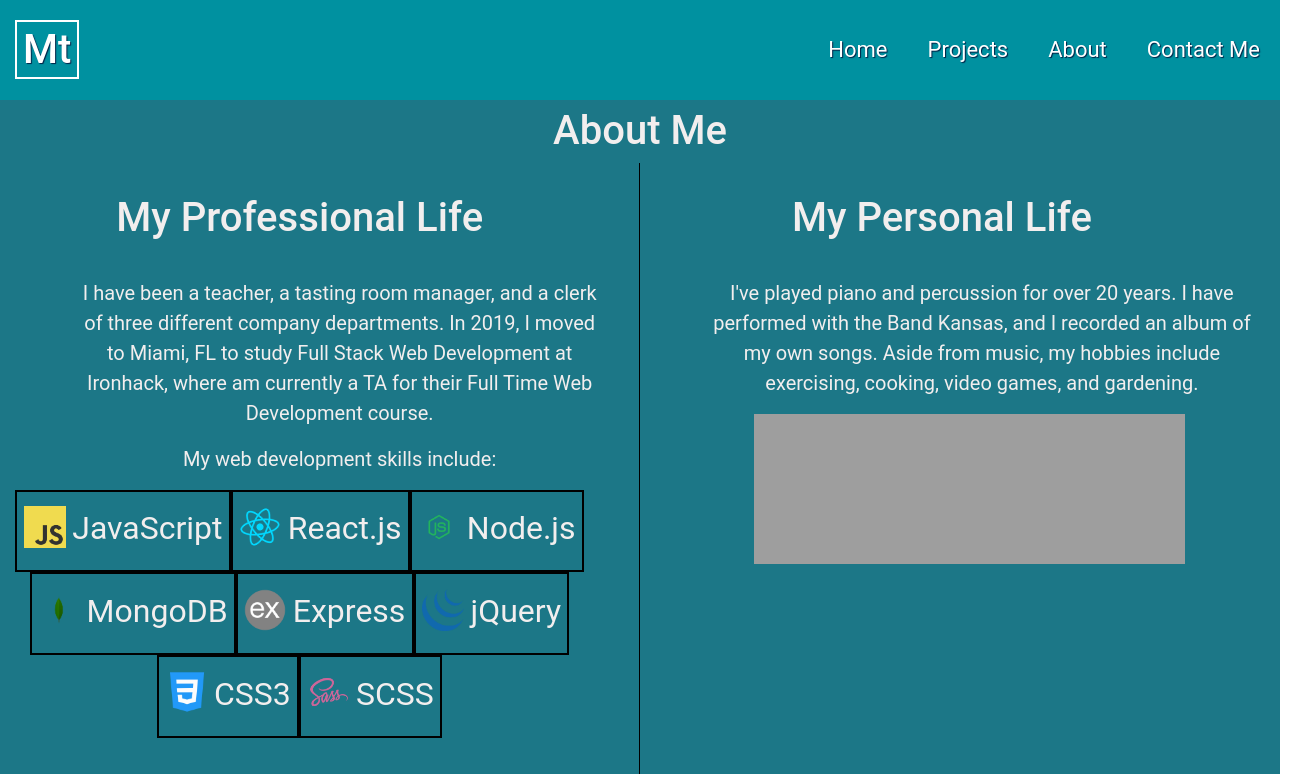
Repository: MikeTroianello/troianello
Page: /about
These files come from the project's save history. The page is drawn as it stood at one moment and after the next save; the edit follows.
The browser window is 1280 px wide. The page is 1295 px wide, so the pictures cover 1295 px, including what lies to the right of the window. The pictures show the whole page.
Pictures or frames that could not be fetched are drawn as grey boxes. The project was rebuilt for these pictures with package versions that can differ from the ones it lists, and the page was loaded fresh each time. Also part of the build but not shown: src/components/context-sensitive/Greet.js, src/components/locations/Home.js, src/components/cards/RainbowDay.js, src/components/cards/CanvasBubbles.js, src/components/cards/projectCard.css, src/components/cards/projectCardMobile.css, src/components/cards/ProjectCard.js, src/components/locations/Projects.js and 2 more.

Above is the page before, as saved 2019-08-01 14:41:03.

### public/index.html
<!DOCTYPE html>
<html lang="en">
  <head>
    <meta charset="utf-8" />
    <link rel="shortcut icon" href="%PUBLIC_URL%/favicon.ico" />
    <meta name="viewport" content="width=device-width, initial-scale=1" />
    <meta name="theme-color" content="#000000" />
    <!--
      manifest.json provides metadata used when your web app is installed on a
      user's mobile device or desktop. See https://developers.google.com/web/fundamentals/web-app-manifest/
    -->
    <link rel="manifest" href="%PUBLIC_URL%/manifest.json" />
    <!--
      Notice the use of %PUBLIC_URL% in the tags above.
      It will be replaced with the URL of the `public` folder during the build.
      Only files inside the `public` folder can be referenced from the HTML.

      Unlike "/favicon.ico" or "favicon.ico", "%PUBLIC_URL%/favicon.ico" will
      work correctly both with client-side routing and a non-root public URL.
      Learn how to configure a non-root public URL by running `npm run build`.
    -->
    <title>MIKE TROIANELLO</title>
  </head>
  <body>
    <noscript>You need to enable JavaScript to run this app.</noscript>
    <div id="root"></div>
  </body>
</html>

### src/App.js
import React, { Component } from 'react';
import { BrowserRouter as Router, Route, Switch } from 'react-router-dom';
import Header from './components/Header';
import Home from './components/locations/Home';
import About from './components/locations/About';
import Projects from './components/locations/Projects';
import Contact from './components//locations/Contact';
import NotFound from './components/locations/NotFound';
import Greet from './components/context-sensitive/Greet.js';
import './App.css';

class App extends Component {
  // state = {
  //   header: '',
  //   hours: new Date().getHours()
  // };

  // componentDidMount() {
  //   window.addEventListener('scroll', this.handleScroll);
  // }

  // componentWillUnmount() {
  //   window.removeEventListener('scroll', this.handleScroll);
  // }

  // handleScroll = event => {
  //   let scrollTop = event.srcElement.body.scrollTop;
  //   console.log(window.scrollY);
  //   // if(window.scrollY > 200 && this.state.header) {
  //   if (window.scrollY < 88) {
  //     this.setState({ header: '' });
  //     console.log(this.state.header);
  //   }
  //   if (window.scrollY > 88 && window.scrollY < 502) {
  //     this.setState({ header: <Greet classname='header-greet' /> });
  //     console.log(this.state.header);
  //   }
  //   if (window.scrollY > 503 && window.scrollY < 1266) {
  //     this.setState({ header: 'My Projects' });
  //     console.log(this.state.header);
  //   }
  //   if (window.scrollY > 1267) {
  //     this.setState({ header: 'About Me' });
  //     console.log(this.state.header);
  //   }
  // };

  render() {
    return (
      <div className='App'>
        <Router>
          {/* <Header showHeader={this.state.header} /> */}
          <Header />
          <div>
            <Switch>
              <Route exact path='/' component={Home} />
              <Route exact path='/about' component={About} />
              <Route exact path='/projects' component={Projects} />
              <Route exact path='/contact' component={Contact} />
              <Route component={NotFound} />
            </Switch>
          </div>
        </Router>
      </div>
    );
  }
}

export default App;

### src/components/Header.js
import React, { Component } from 'react';
import { Link } from 'react-router-dom';
import Greet from '../components/context-sensitive/Greet.js';

export default class Header extends Component {
  render() {
    // let headerClass = this.props.showHeader ? 'header' : 'header transition';
    // if(this.props.showHeader == "time"){
    //   this.props.showHeader = <Greet/>
    // }
    /* <div className={headerClass}> */
    return (
      <div className='header'>
        <div className='links'>
          {/* <div className='logo'>
            <Link to='/'>Mt</Link>
          </div> */}
          <Link to='/' className='logo-2'>
            <h1 className='mt-logo'>Mt</h1>
          </Link>
          <div>{this.props.showHeader}</div>

          <div className='individual-link'>
            <Link to='/'>Home</Link>
          </div>
          <div className='individual-link'>
            <Link to='/projects'>Projects</Link>
          </div>
          <div className='individual-link'>
            <Link to='/about'>About</Link>
          </div>
          <div className='individual-link test'>
            <Link to='/contact'>Contact Me</Link>
          </div>
        </div>
      </div>
    );
  }
}

### src/components/locations/About.js
import React from 'react';
import jsLogo from '../images/pics/icons/javascript.png';
import reactLogo from '../images/pics/icons/react.png';
import nodeLogo from '../images/pics/icons/node.png';
import mongoLogo from '../images/pics/icons/mongoDB2.png';
import expressLogo from '../images/pics/icons/express2.png';
import jqueryLogo from '../images/pics/icons/jquery.png';
import cssLogo from '../images/pics/icons/css3.png';
import sassLogo from '../images/pics/icons/sass.png';
import sassAltLogo from '../images/pics/icons/sass-alt.png';

export default function About() {
  return (
    <div className='about'>
      <h1>About Me</h1>
      <div className='row'>
        <div className='col-6 about-side-one'>
          <h1 className='about-my-life'>My Professional Life</h1>
          <p>
            I have been a teacher, a tasting room manager, and a clerk of three
            different company departments. In 2019, I moved to Miami, FL to
            study Full Stack Web Development at Ironhack, where am currently a
            TA for their Full Time Web Development course.
          </p>
          <p>My web development skills include:</p>
          <div id='table-div'>
            {/* <table>
              <tr>
                <td>
                  <img
                    src={jsLogo}
                    height='42'
                    width='42'
                    alt='js-logo'
                    className='icons'
                  />
                  JavaScript
                </td>
                <td>
                  <img
                    src={reactLogo}
                    height='42'
                    width='42'
                    alt='react-logo'
                    className='icons react'
                  />
                  React.js
                </td>
                <td>
                  <img
                    src={nodeLogo}
                    height='42'
                    width='42'
                    alt='node-logo'
                    className='icons'
                  />
                  Node.js
                </td>
                <td>
                  <img
                    src={mongoLogo}
                    alt='mongodb-logo'
                    className='icons mongo'
                  />
                  MongoDB
                </td>
              </tr>
              <tr>
                <td className='express'>
                  <img
                    src={expressLogo}
                    height='42'
                    width='42'
                    alt='css3-logo'
                    className='icons'
                  />
                  Express
                </td>

                <td>
                  <img
                    src={jqueryLogo}
                    alt='jquery-logo'
                    height='42'
                    width='42'
                    className='icons'
                  />
                  jQuery
                </td>
                <td>
                  <img
                    src={cssLogo}
                    height='42'
                    width='42'
                    alt='css3-logo'
                    className='icons'
                  />
                  CSS3
                </td>
                <td>
                  <img
                    src={sassLogo}
                    height='42'
                    width='42'
                    alt='sass-logo'
                    className='icons'
                  />
                  SCSS
                </td>
              </tr>
            </table> */}

            <div className='about-skills-table'>
              <div className='about-skills-individual'>
                <img
                  src={jsLogo}
                  height='42'
                  width='42'
                  alt='js-logo'
                  className='icons'
                />
                <span className='about-skills-name'>JavaScript</span>
              </div>
              <div className='about-skills-individual'>
                <img
                  src={reactLogo}
                  height='42'
                  width='42'
                  alt='react-logo'
                  className='icons react'
                />
                <span className='about-skills-name'>React.js</span>
              </div>
              <div className='about-skills-individual'>
                <img
                  src={nodeLogo}
                  height='42'
                  width='42'
                  alt='react-logo'
                  className='icons'
                />
                <span className='about-skills-name'>Node.js</span>
              </div>
              <div className='about-skills-individual'>
                <img
                  src={mongoLogo}
                  height='42'
                  width='42'
                  alt='react-logo'
                  className='icons'
                />
                <span className='about-skills-name'>MongoDB</span>
              </div>
              <div className='about-skills-individual'>
                <img
                  src={expressLogo}
                  height='42'
                  width='42'
                  alt='react-logo'
                  className='icons'
                />
                <span className='about-skills-name'>Express</span>
              </div>
              <div className='about-skills-individual'>
                <img
                  src={jqueryLogo}
                  height='42'
                  width='42'
                  alt='react-logo'
                  className='icons'
                />
                <span className='about-skills-name'>jQuery</span>
              </div>
              <div className='about-skills-individual'>
                <img
                  src={cssLogo}
                  height='42'
                  width='42'
                  alt='react-logo'
                  className='icons'
                />
                <span className='about-skills-name'>CSS3</span>
              </div>
              <div className='about-skills-individual'>
                <img
                  src={sassLogo}
                  height='42'
                  width='42'
                  alt='react-logo'
                  className='icons'
                />
                <span className='about-skills-name'>SCSS</span>
              </div>
            </div>
          </div>
        </div>
        <div className='col-6 about-side-2'>
          <h1 className='about-my-life'>My Personal Life</h1>
          <p>
            I've played piano and percussion for over 20 years. I have performed
            with the Band Kansas, and I recorded an album of my own songs. Aside
            from music, my hobbies include exercising, cooking, video games, and
            gardening.
          </p>
          <iframe
            title='Larger-Pieces-of-the-Smaller-Picture'
            className='about-soundcloud-embed'
            width='69%'
            height='auto'
            scrolling='no'
            frameborder='no'
            allow='autoplay'
            src='https://w.soundcloud.com/player/?url=https%3A//api.soundcloud.com/playlists/629500755&color=%23ff5500&auto_play=false&hide_related=false&show_comments=true&show_user=true&show_reposts=false&show_teaser=true&visual=true'
          />
        </div>
      </div>
    </div>
  );
}

### src/App.css
:root {
  --off-black: #131313;
  --off-white: #f2eeee;
}

.App {
  font-family: 'roboto';
}
@import url('https://fonts.googleapis.com/css?family=Chivo&display=swap');
@import url('https://fonts.googleapis.com/css?family=Roboto&display=swap');
@import url('https://fonts.googleapis.com/css?family=Exo+2:800&display=swap');

.App-header {
  background-color: #282c34;
  min-height: 100vh;
  display: flex;
  flex-direction: column;
  /* align-items: center; */
  justify-content: center;
  font-size: calc(10px + 2vmin);
  /* color: white; */
}

/* .App-link {
  color: #61dafb;
} */

body {
  padding-top: 47px;
}

div {
  font-size: 20px;
}

p {
  margin-left: 4em;
  color: var(--off-black);
}

/* HEADER */

.header {
  background-color: #0091a0;
  /* background-color: #192e6c; */
  overflow: hidden;
  position: fixed;
  top: 0;
  width: 100%;
  height: 100px;
  z-index: 1;
  transition: all 0.5s;
}

.header.transition {
  transition: all 0.5s;
}

.header a {
  text-decoration: none;
  font-family: 'roboto';
  color: white;
  text-shadow: 1px 1px 1px #002145;
  font-size: 1.1em;
}

/* HOME PAGE */

/* .home-bg {
  height: 300vh;
} */

.link {
  margin-left: 15em;
}

.link a {
  color: var(--off-white);
  background-color: #0091a0;
  border-style: solid;
  border-color: #a2d7dc;
  border-width: 2px;
  font-size: 1.75em;
  padding: 0.5em;
  /* border-radius: 5px; */
}

.home-top {
  background-color: #0091a0;
  height: 65vh;
  width: 100%;
  transform: skewY(-5deg);
  margin-top: -5vh;
  padding: 0;
}

.home-top h1 {
  text-align: center;
  color: var(--off-white);
  font-size: 5em;
  padding-left: 0.6em;
  padding-top: 0.8em;
  margin-bottom: 0;
  padding-bottom: 0;
  transform: skewY(5deg);
  text-shadow: 1px 1px 1px #007783;
}

.home-top h2 {
  text-align: center;
  color: var(--off-white);
  padding-left: 0.6em;
  margin-bottom: 0;
  padding-bottom: 0;
  transform: skewY(5deg);
  text-shadow: 1px 1px 1px #007783;
}

.home-typewriter-setup {
  /* position: relative;
    width: 29em;
    margin: 0 auto;
    text-align: center;
    white-space: nowrap;
    overflow: hidden; */
  position: relative;
  width: 24em;
  margin: 10vh auto;
  border-right: 3px solid rgba(255, 255, 255, 0.75);
  font-size: 180%;
  text-align: center;
  white-space: nowrap;
  overflow: hidden;
}

.home-typewriter-animation {
  animation: typewriter 4s steps(65) 1s 1 normal both,
    blinkTextCursor 1000ms steps(40) infinite normal;
}

@keyframes typewriter {
  from {
    width: 0;
  }
  to {
    width: 29.5em;
  }
}
@keyframes blinkTextCursor {
  from {
    border-right-color: rgba(255, 255, 255, 0.75);
  }
  to {
    border-right-color: transparent;
  }
}

.home-fade1 {
  height: 2vh;
  width: 100%;
  background-color: #a2d7dc;
  transform: skewY(-5deg);
  margin-top: -1vh;
}

.home-fade2 {
  height: 1vh;
  width: 100%;
  background-color: #e1e3e5;
  /* margin-top: -1vh; */
}

.home-about {
  height: 105vh;
  background: url('./components/images/pics/album-pics/thumbnail-3.jpg')
    no-repeat;
  background-size: 100% auto;
  background-position: 0 -30vh;
  /* background-repeat: no-repeat; */
  /* background-color: #909a9f; */
}

.home-about h1 {
  color: var(--off-white);
  font-size: 4.25em;
  margin-left: 1.25em;
}

.home-projects {
  font-size: 2em;
  padding-top: 1em;
  height: 110vh;
}

.home-projects h1 {
  color: var(--off-black);
  font-size: 2em;
  text-align: center;
}

.home-album-text {
  mix-blend-mode: difference;

  /* mix-blend-mode: exclusion; */
}

.home-contact {
  height: 50vh;
}

.home-contact h1 {
  font-size: 4.5em;
  margin-left: 1em;
  color: var(--off-white);
}

/* ABOUT PAGE */

.about {
  /* background-color: #0091a0; */
  background-color: #1c7787;
  color: var(--off-white);
  /* height: 92.9vh; */
  /* height: 125vh; */
  /* overflow: hidden; */
  /* margin-top: 1em; */
  padding-top: 3em;
  text-align: center;
}

.about p {
  color: var(--off-white);
}

/* .about h4 {
  text-align: center;
} */

.about ul > li {
  list-style: none;
  font-size: 1em;
  /* text-align: center; */
}

/* PROJECTS PAGE */

.projects {
  background-color: #1c7787;
  color: var(--off-white);
  /* height: 104vh; */
  /* margin-top: -3em; */
  padding-top: 3em;
  overflow: hidden;
}

.project-box {
  display: flex;
  flex-wrap: wrap;
  justify-content: space-around;
  text-decoration: none;
  /* margin: 1vh 0; */
}

/* .project-box :hover {
  background: rgba(0, 0, 0, 1);
} */

.projects-title {
  text-align: center;
}

.projects-technologies {
  padding: 10vh 0 0 1.33vw;
  background-color: #1c7787;
  border-right: 1.5px solid black;
}

/* CONTACT PAGE */

.contact-page {
  background-color: #1c7787;
  color: var(--off-white);
  height: 101.8vh;
  overflow: hidden;
  margin-top: -3em;
  padding-top: 3em;
}

.contact-page h1 {
  margin: 8vh;
}

/* .contact-side-one {
} */

.contact-side-one-box {
  border: 2px solid #113f5e;
  background-color: rgba(137, 215, 229, 0.7);
  text-align: center;
  margin-left: 1vw;
  padding-bottom: 5px;
}

.contact-number {
  color: var(--off-black);
}

.contact-center {
  text-align: center;
  margin-bottom: 4vh;
}

.contact-center-one {
  text-align: center;
  margin-bottom: 4vh;
  margin-left: 1vw;
}

.contact-center-two {
  text-align: center;
  margin-bottom: 4vh;
}

.or {
  margin-top: -15vh;
  display: flex;
  justify-content: center;
  align-items: center;
  font-size: 3.8em;
  color: var(--off-white);
}

/* .contact-side-two{
  display: flex;
} */

.contact-message {
  flex-direction: column;
  /* align-items:center; */
  display: flex;
}

.contact-message-input {
  width: 90%;
}

.contact-button {
  width: 30%;
  border: 1px solid gray;
  border-radius: 10px;
  color: var(--off-black);
  background: var(--off-white);
  margin-left: 32%;
}

/* COLOR SCHEME REMAINING CLASSES DON'T DELETE YET!!!! */

/* .container-fluid {
  height: 500px;
} */

/* .row {
  height: 500px;
} */

.links {
  display: flex;
  justify-content: flex-end;
  align-items: center;
}

.individual-link {
  margin: 0 1em;
}

/* logo */

.logo {
  color: white;
  padding: 1px 6px;
  font-size: 1.35em;
  font-weight: bold;
  border-style: solid;
  border-color: White;
  border-width: 2px;
  margin: 20px auto 20px 15px;
}

.logo-2 {
  color: white;
  padding: 1px 6px 0;
  font-weight: bold;
  border-style: solid;
  border-color: White;
  border-width: 2px;
  margin: 20px auto 20px 15px;
}

.mt-logo {
  margin: 3px 0;
}

.react {
  animation-name: spin;
  animation-duration: 35s;
  animation-iteration-count: infinite;
  animation-timing-function: linear;
}

@keyframes spin {
  from {
    transform: rotate(0deg);
  }
  to {
    transform: rotate(360deg);
  }
}

table,
th,
td {
  border: 2px solid black;
}

td {
  font-size: 2em;
}

/* SKILLS TABLE */

#table-div {
  display: flex;
  justify-content: center;
}

.about-skills-table {
  display: flex;
  flex-wrap: wrap;
  justify-content: center;
}

.about-skills-individual {
  border: 2px solid black;
  font-size: 1.6em;
}

.about-skills-name {
  margin-right: 0.5vw;
}

/* ICONS */

.icons {
  margin: 2vh 0.5vw 3.1vh;
}

.mongo {
  height: 63px;
  width: 79px;
  margin: -12px -23px -3px;
  padding: 0;
}

/* ABOUT PAGE */

.about-side-one {
  padding-right: 3.1vw;
  padding-bottom: 5vh;
  border-right: 1px solid black;
  /* height: 75vh; */
}

.about-side-2 {
  margin-left: -2vw;
}

.about-my-life {
  margin: 4.25vh 0 5vh;
}

.about-soundcloud-embed {
  margin-left: 4.3vw;
}

Loaded but not shown: src/index.js (common file); src/index.css (common file); src/serviceWorker.js (common file)

After the next save:
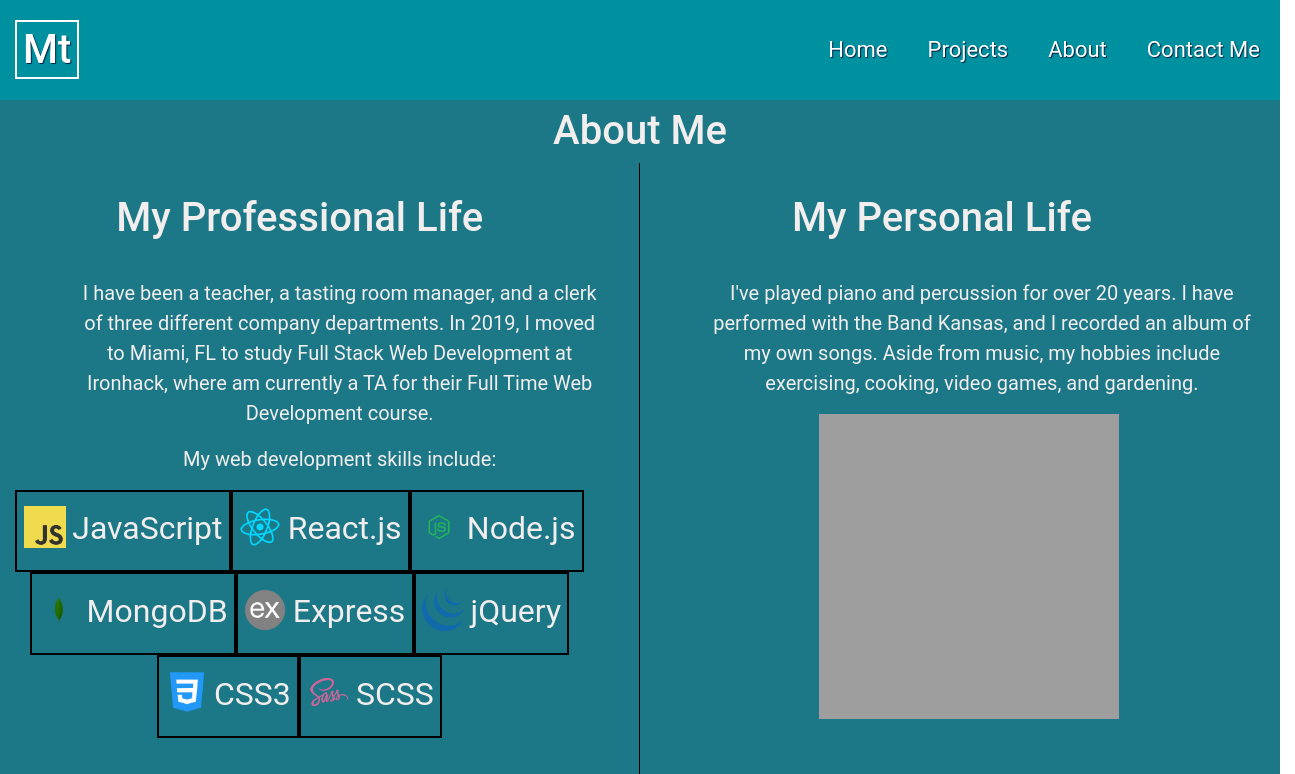
Saved 12 s later.
--- a/src/components/locations/About.js
+++ b/src/components/locations/About.js
@@ -205,8 +205,8 @@ export default function About() {
           <iframe
             title='Larger-Pieces-of-the-Smaller-Picture'
             className='about-soundcloud-embed'
-            width='69%'
-            height='auto'
+            width='auto'
+            height='50%'
             scrolling='no'
             frameborder='no'
             allow='autoplay'
